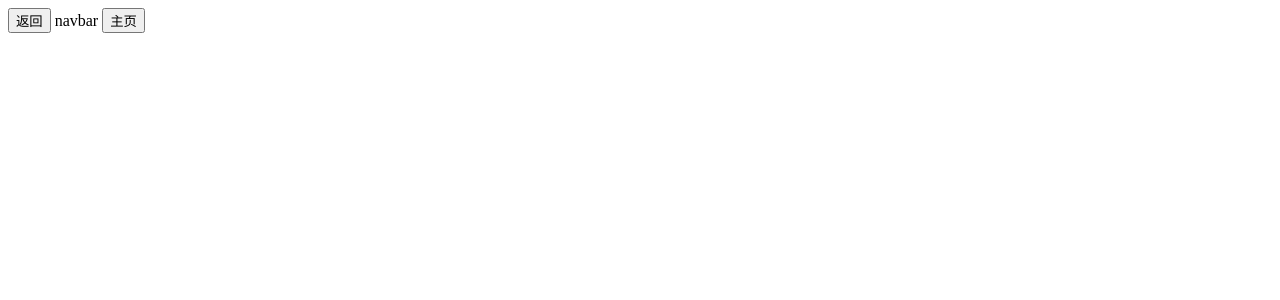
Repository: xiemin2161/mytest
Page: 02-1-组件父传子.html
The author's editor kept a copy of each file at every save. The page is drawn from the files as they stood at one save, then again after the next save.
The browser window is 1280 px wide. The pictures show the whole page.

Above is the page before, as saved 2023-02-01 17:17:23.

### 02-1-组件父传子.html
<!DOCTYPE html>
<html>
  <head>
    <meta charset="utf-8" />
    <meta http-equiv="X-UA-Compatible" content="IE=edge,chrome=1" />
    <title>Examples</title>
    <meta name="description" content="" />
    <meta name="keywords" content="" />
    <link href="" rel="stylesheet" />
    <style>
      .navbar {
        background: red;
      }
    </style>
    <script type="text/javascript" src="lib/vue.js"></script>
  </head>
  <body>
    <div id="box">
      <navbar></navbar>
    </div>

    <script type="text/javascript">
      Vue.component("navbar", {
        template: `
          <div>
            <button>返回</button>
            navbar
            <button>主页</button>
          </div>
        `,
      });
      new Vue({
        el: "#box",
        data: {},
      });
    </script>
  </body>
</html>

Loaded but not shown: lib/vue.js (library)

After the next save:
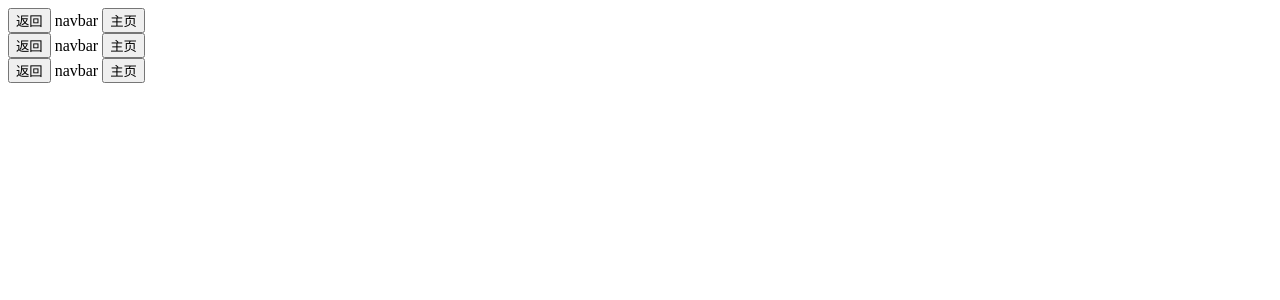
Saved 3 min 35 s later.
--- a/02-1-组件父传子.html
+++ b/02-1-组件父传子.html
@@ -16,7 +16,9 @@
   </head>
   <body>
     <div id="box">
-      <navbar></navbar>
+      <navbar myname="home"></navbar>
+      <navbar myname="list"></navbar>
+      <navbar myname="shopcar"></navbar>
     </div>
 
     <script type="text/javascript">
